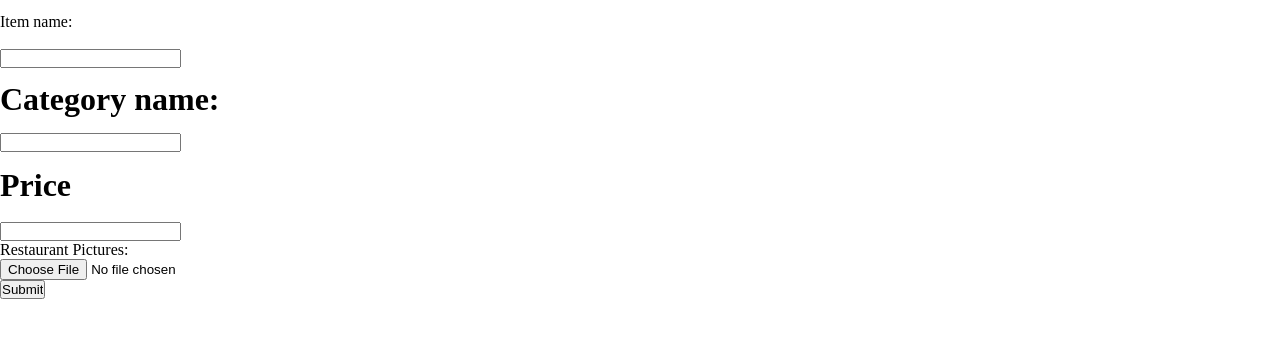
Repository: jatannoury/Ecommerce-Laravel-Electron
Page: Admin-electron/src/HTML/add_item.html
These files come from the project's save history. The page is drawn as it stood at one moment and after a run of saves; the edit follows.
The browser window is 1280 px wide. The pictures show the whole page.

Above is the page before, as saved 2022-06-10 22:28:44.

After the next 6 saves:
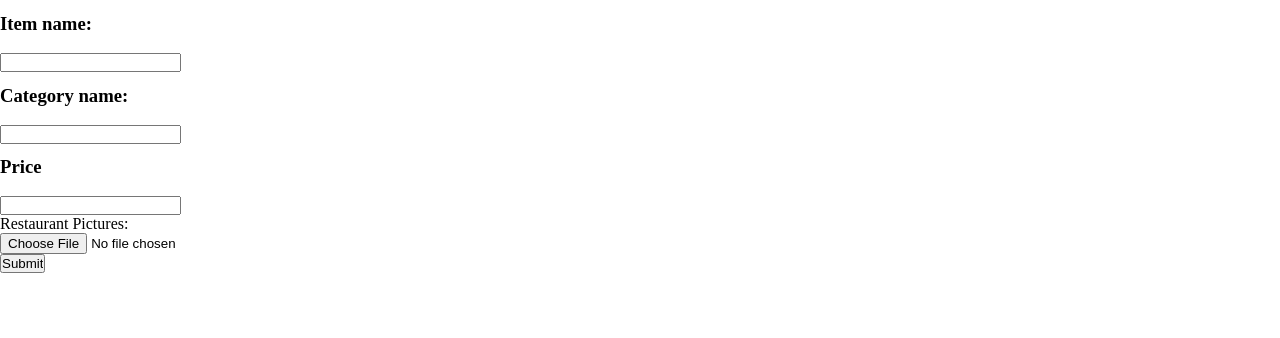
The 6 saves are shown as one change because they came seconds apart.
The last was saved 16 s later.
--- a/Admin-electron/src/HTML/add_item.html
+++ b/Admin-electron/src/HTML/add_item.html
@@ -9,11 +9,11 @@
 
     <body>
         <form action="/action_page.php">
-            <div for="item_name" class="one" id="item_name ">Item name:</div><br>
+            <h3 for="item_name" class="one" id="item_name ">Item name:</h3><br>
             <input type="text"  name="fname" ><br>
-            <h1 for="Category_name" class="one" id="Category_name">Category name:</div><br>
+            <h3 for="Category_name" class="one" id="Category_name">Category name:</h3><br>
             <input type="text"  name="fname" ><br>
-            <h1 for="price" class="one" id="price">Price</h1><br>
+            <h3 for="price" class="one" id="price">Price</h3><br>
             <input type="text"  name="fname" ><br>
             <div >
             <label for="pictures">Restaurant Pictures:</label><br>
